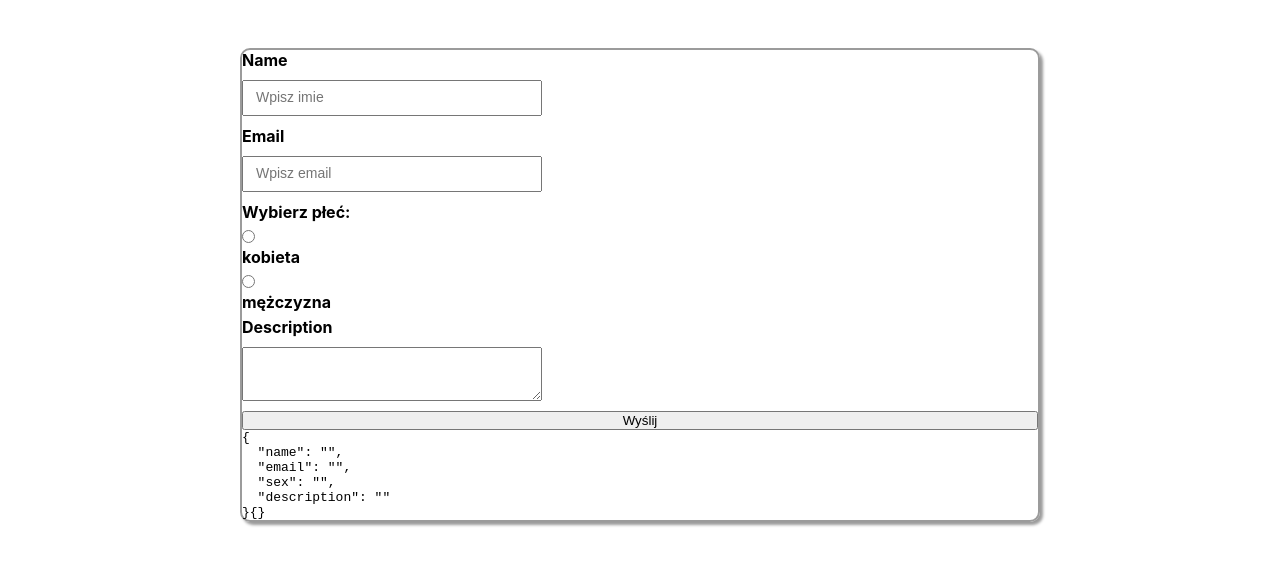
Repository: KrzysKolo/sr_tydzien4_zad3
Page: /
These files come from the project's save history. The page is drawn as it stood at one moment and after the next save; the edit follows.
The browser window is 1280 px wide. The pictures show the whole page.
The project was rebuilt for these pictures with package versions that can differ from the ones it lists, and the page was loaded fresh each time. Also part of the build but not shown: src/components/FormComponents/TextError.js.

Above is the page before, as saved 2020-11-19 13:40:12.

### src/App.js
import React from 'react';
import './App.css';
import FormikContainer from './components/Formik/FormikContainer';
const App = () => {
  return (
    <main className="App">
      <FormikContainer />
    </main>
   );
}

export default App;

### src/App.css
* {
  margin: 0;
  padding: 0;
  box-sizing: border-box;
}
.form-wrapper {
  margin: 3rem auto;
  width: 800px;
  border: 2px solid rgb(155, 155, 155);
  border-radius: 10px;
  box-shadow: 3px 3px 3px rgb(155, 155, 155);
  display: flex;
  flex-direction: column;
}

label {
  font-weight: bold;
  display: flex;
  margin-bottom: 5px;
}
input[type="text"],
input[type="email"],
textarea {
  display: block;
  width: 300px;
  padding: 6px 12px;
  font-size: 14px;
  line-height: 1.4285;
  color: #555;
  margin: 10px 0;
}

.error {
  color: red;
}

### src/components/Formik/FormikContainer.js
import React from 'react';
import { Formik, Form } from 'formik';
import * as yup from 'yup';
import FormikControl from './FormikControl';
import RadioOptions from './../../data/RadioOptions';

const FormikContainer = () => {
    const initialValues = {
        name: '',
        email: '',
        sex: '',
        description: '',
    }

    const validationSchema = yup.object({
        name: yup.string().required("Imię jest obowiązkowe!").min(2,"Twóje imię musi mieć więcej niż 2 znaki!").max(30,'Twoje imię może mieć maxymalnie 30 znaków!'),
        email: yup.string().required("Email jest wymagany").email("Adres zawiera błędy"),
        sex: yup.string().required('Zaznacz jedną wartość'),
        description: yup.string().required('Wpisz kilka słów').min(2, "Wpisz co najmniej 2 znaki").max(250, "Możesz wpisać max. 250 znaków"),
    });

    const onSubmit = values => {console.log('Form data: ', values)};
    return (
        <Formik
            initialValues={initialValues}
            validationSchema={validationSchema}
            onSubmit={onSubmit}
        >
            { ({formik, values, errors}) => (
                <Form className="form-wrapper">
                    <section className="section">
                        <FormikControl control='input' type='text' label='Name' name='name' placeholder="Wpisz imie"/>
                        <FormikControl control='input' type='email' label='Email' name='email' placeholder="Wpisz email"/>
                    </section>
                    <section className="section">
                        <FormikControl control='radio' label='Wybierz płeć: ' name='sex' options={RadioOptions}/>
                    </section>
                    <section className="section">
                        <FormikControl control='textarea' label='Description' name='description'/>
                    </section>
                    <button type="submit">Wyślij</button>
                    <pre>
                        {JSON.stringify(values, null, 2)}
                        {JSON.stringify(errors, null, 2)}

                    </pre>

                </Form>
            )

            }

        </Formik>
    )
}
export default FormikContainer;

### src/components/Formik/FormikControl.js
import Input from './../FormComponents/Input';
import Radio from './../FormComponents/Radio';
import TextArea from './../FormComponents/TextArea';

const FormikControl = (props) => {
    const { control, ...rest } = props;
    switch(control) {
        case 'input': return <Input {...rest} />
        case 'radio': return <Radio {...rest} />
        case 'textarea': return <TextArea {...rest} />
        default: return null
    }
}

export default FormikControl;

### src/data/RadioOptions.js
const RadioOptions=[
    { id: 0, value: "kobieta", label: 'kobieta' },
    { id: 1, value: "mężczyzna", label: 'mężczyzna' },
   ];
export default RadioOptions;

### src/components/FormComponents/Input.js
import React from 'react';
import{ Field, ErrorMessage } from 'formik';
import TextError from './TextError';

const Input = (props) => {
    const { label, name, ...rest } = props;
    return (
        <div className="form-control">
             <label htmlFor={name}>{label}</label>
            <Field id={name} name={name} {...rest} />
            <ErrorMessage name={name} component={TextError} />
        </div>
     );
}

export default Input;

### src/components/FormComponents/Radio.js
import React from 'react';
import{ Field, ErrorMessage } from 'formik';
import TextError from './TextError';

const Radio = (props) => {
    const { label, name, options, ...rest } = props;
    return (
        <div className="form-control">
            <label htmlFor={name}>{label}</label>
            <div className="radio-row">
                <Field name={name} {...rest}>
                    {
                    ({ field }) => {
                        return options.map(option => {
                            return (
                                <div className="radio-row" key={option.id} >
                                    <input type='radio' id={option.id} {...field} value={option.value} checked={field.value === option.value}/>
                                    <label htmlFor={option.id}>{option.label}</label>
                                </div>
                            )
                        })
                    }
                    }
                </Field>
            </div>
            <ErrorMessage name={name} component={TextError} />
        </div>
     );
}

export default Radio;

### src/components/FormComponents/TextArea.js
import React from 'react';
import{ Field, ErrorMessage } from 'formik';
import TextError from './TextError';

const TextArea = (props) => {
    const { label, name, ...rest } = props;
    return (
        <div className="form-control">
            <label htmlFor={name}>{label}</label>
            <Field as ='textarea' id={name} name={name} {...rest} />
            <ErrorMessage name={name} component={TextError} />
        </div>
     );
}

export default TextArea;

Loaded but not shown: public/index.html (common file); src/index.js (common file); src/index.css (common file)

After the next save:
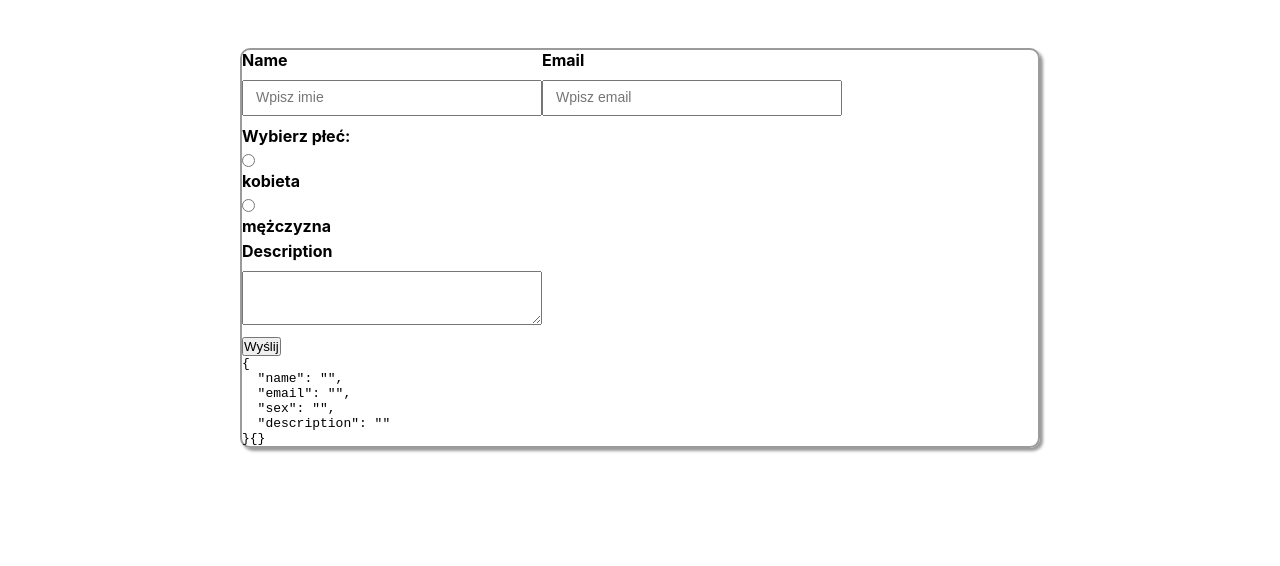
Saved 22 s later.
--- a/src/App.css
+++ b/src/App.css
@@ -9,10 +9,11 @@
   border: 2px solid rgb(155, 155, 155);
   border-radius: 10px;
   box-shadow: 3px 3px 3px rgb(155, 155, 155);
+}
+.section {
   display: flex;
-  flex-direction: column;
+  flex-direction: row;
 }
-
 label {
   font-weight: bold;
   display: flex;
